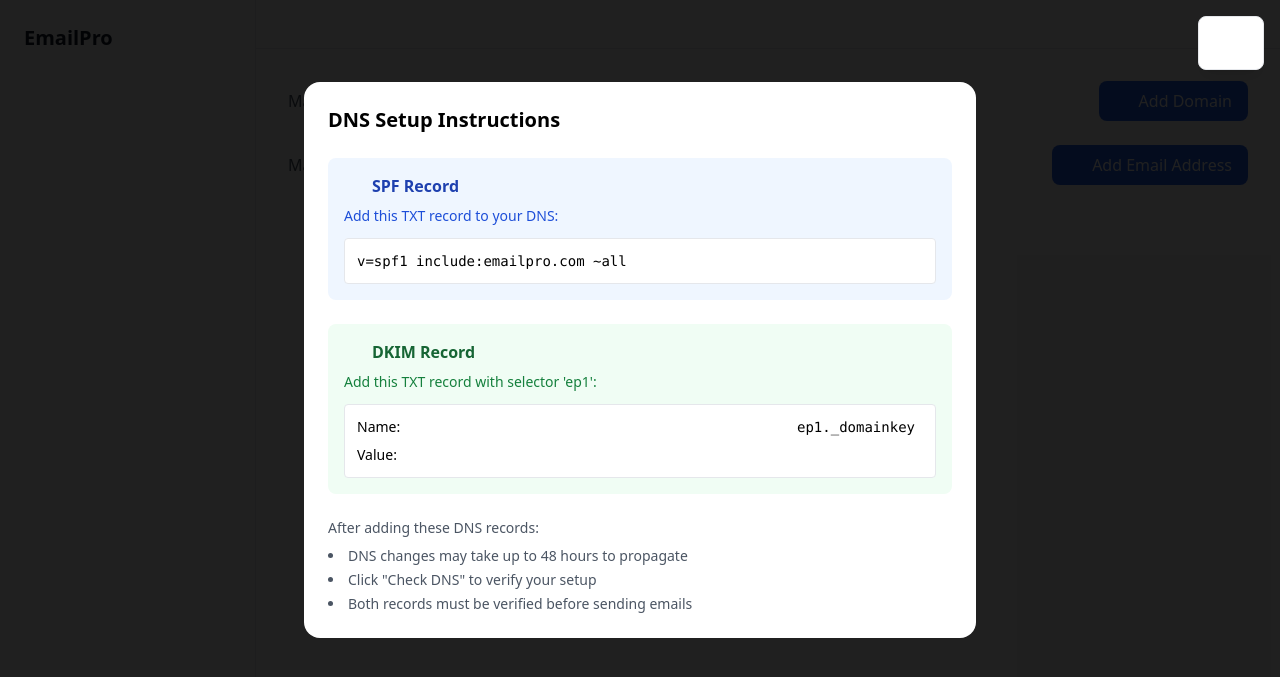
Repository: byagge/vashsender
Page: template/domain.html
An editor plug-in stored every save of this project. The page is shown before and after the next save, followed by the edit.
The browser window is 1280 px wide. The pictures show the whole page.
Some icons come from a web library that is not loaded, so they are not drawn. Some web libraries are served in a nearby version.

Above is the page before, as saved 2025-05-26 13:15:04.
Console error: ReferenceError: lucide is not defined

### template/domain.html
<!DOCTYPE html>
<html lang="en" x-data="emailPlatform()" x-init="init()">
<head>
  <meta charset="UTF-8" />
  <meta name="viewport" content="width=device-width, initial-scale=1.0"/>
  <title>EmailPro</title>
  <!-- Tailwind CSS -->
  <script src="https://cdn.tailwindcss.com"></script>
  <!-- Alpine.js -->
  <script defer src="https://unpkg.com/alpinejs@3.x.x/dist/cdn.min.js"></script>
  <!-- Lucide Icons -->
  <script defer src="https://cdn.jsdelivr.net/npm/lucide@0.278.0/dist/umd/lucide.js"></script>
</head>
<body class="bg-gray-50 font-inter">

  <div class="flex h-screen">
    <!-- Sidebar -->
    <aside class="w-64 bg-white border-r border-gray-200 flex flex-col p-6" >
      <h1 class="text-xl font-bold text-gray-900 mb-6">EmailPro</h1>
      <nav class="flex-1">
        <template x-for="item in sidebarItems" :key="item.id">
          <button
            @click="activeSection = item.id"
            :class="{
              'bg-blue-50 text-blue-600 border-r-2 border-blue-600': activeSection === item.id,
              'text-gray-600 hover:bg-gray-50': activeSection !== item.id
            }"
            class="w-full flex items-center px-3 py-2 mb-1 rounded-lg transition-colors"
          >
            <i x-bind:data-lucide="item.icon" class="w-5 h-5 mr-3"></i>
            <span x-text="item.label"></span>
          </button>
        </template>
      </nav>
    </aside>

    <!-- Main Content -->
    <div class="flex-1 flex flex-col overflow-hidden">
      <!-- Header -->
      <header class="bg-white border-b border-gray-200 px-8 py-6">
        <h2 class="text-2xl font-semibold text-gray-900">
          <span x-text="activeSection === 'domains' ? 'Sender Domains' : activeSection === 'senders' ? 'Sender Emails' : 'Dashboard'"></span>
        </h2>
      </header>

      <!-- Content -->
      <main class="flex-1 overflow-auto p-8">
        <!-- Domains Section -->
        <section x-show="activeSection === 'domains'">
          <div class="flex justify-between items-center mb-6">
            <p class="text-gray-600">Manage and verify your sender domains</p>
            <button @click="showAddDomainModal = true"
                    class="bg-blue-600 text-white px-4 py-2 rounded-lg hover:bg-blue-700 flex items-center transition-colors">
              <i data-lucide="plus" class="w-4 h-4 mr-2"></i> Add Domain
            </button>
          </div>

          <div class="grid gap-4">
            <template x-for="domain in domains" :key="domain.id">
              <div class="bg-white p-6 rounded-2xl shadow-sm border border-gray-200">
                <div class="flex items-center justify-between">
                  <div class="flex-1">
                    <div class="flex items-center mb-2">
                      <h3 class="text-lg font-semibold text-gray-900 mr-3" x-text="domain.name"></h3>
                      <span class="px-2 py-1 rounded-full text-xs font-medium"
                            :class="domain.verified ? 'bg-green-100 text-green-800' : 'bg-yellow-100 text-yellow-800'"
                            x-text="domain.verified ? 'Verified' : 'Not Verified'">
                      </span>
                    </div>
                    <div class="flex items-center space-x-6 mb-3">
                      <div class="flex items-center">
                        <span class="text-sm text-gray-600 mr-2">SPF:</span>
                        <i :data-lucide="domain.spf ? 'check' : 'x'" class="w-4 h-4"
                           :class="domain.spf ? 'text-green-500' : 'text-red-500'"></i>
                      </div>
                      <div class="flex items-center">
                        <span class="text-sm text-gray-600 mr-2">DKIM:</span>
                        <i :data-lucide="domain.dkim ? 'check' : 'x'" class="w-4 h-4"
                           :class="domain.dkim ? 'text-green-500' : 'text-red-500'"></i>
                      </div>
                    </div>
                    <p class="text-sm text-gray-500">Added: <span x-text="domain.addedDate"></span></p>
                  </div>
                  <div class="flex items-center space-x-2">
                    <button @click="checkDns(domain.id)"
                            :disabled="isChecking[domain.id]"
                            class="px-3 py-2 text-blue-600 border border-blue-600 rounded-lg hover:bg-blue-50 flex items-center transition-colors disabled:opacity-50">
                      <i data-lucide="refresh-cw" class="w-4 h-4 mr-2"
                         :class="{'animate-spin': isChecking[domain.id]}"></i>
                      Check DNS
                    </button>
                    <button @click="showDnsInstructions = domain.id"
                            class="px-3 py-2 text-gray-600 border border-gray-300 rounded-lg hover:bg-gray-50">
                      Setup
                    </button>
                    <button class="p-2 text-gray-400 hover:text-gray-600">
                      <i data-lucide="more-horizontal" class="w-4 h-4"></i>
                    </button>
                  </div>
                </div>
              </div>
            </template>
          </div>
        </section>

        <!-- Senders Section -->
        <section x-show="activeSection === 'senders'">
          <div class="flex justify-between items-center mb-6">
            <p class="text-gray-600">Manage your sender email addresses</p>
            <button @click="showAddEmailModal = true"
                    class="bg-blue-600 text-white px-4 py-2 rounded-lg hover:bg-blue-700 flex items-center transition-colors">
              <i data-lucide="plus" class="w-4 h-4 mr-2"></i> Add Email Address
            </button>
          </div>

          <div class="grid gap-4">
            <template x-for="email in senderEmails" :key="email.id">
              <div class="bg-white p-6 rounded-2xl shadow-sm border border-gray-200">
                <div class="flex items-center justify-between">
                  <div class="flex-1">
                    <div class="flex items-center mb-2">
                      <h3 class="text-lg font-semibold text-gray-900 mr-3" x-text="email.email"></h3>
                      <span class="px-2 py-1 rounded-full text-xs font-medium"
                            :class="email.verified ? 'bg-green-100 text-green-800' : 'bg-yellow-100 text-yellow-800'"
                            x-text="email.verified ? 'Verified' : 'Pending'">
                      </span>
                    </div>
                    <p class="text-sm text-gray-500">Domain: <span x-text="email.domain"></span></p>
                  </div>
                  <div class="flex items-center space-x-2">
                    <button x-show="!email.verified" @click="resendConfirmation(email)"
                            class="px-3 py-2 text-blue-600 border border-blue-600 rounded-lg hover:bg-blue-50 flex items-center transition-colors">
                      <i data-lucide="send" class="w-4 h-4 mr-2"></i> Resend
                    </button>
                    <button @click="deleteEmail(email.id)" class="p-2 text-red-500 hover:text-red-600">
                      <i data-lucide="trash-2" class="w-4 h-4"></i>
                    </button>
                  </div>
                </div>
              </div>
            </template>
          </div>
        </section>

        <!-- Coming Soon -->
        <section x-show="activeSection !== 'domains' && activeSection !== 'senders'" class="text-center py-12">
          <h3 class="text-xl font-semibold text-gray-900 mb-2">Coming Soon</h3>
          <p class="text-gray-600">This section is under development.</p>
        </section>
      </main>
    </div>
  </div>

  <!-- Add Domain Modal -->
  <div x-show="showAddDomainModal" class="fixed inset-0 bg-black bg-opacity-50 flex items-center justify-center z-50">
    <div class="bg-white rounded-2xl p-6 w-full max-w-md">
      <h3 class="text-lg font-semibold mb-4">Add New Domain</h3>
      <input type="text" x-model="newDomain" placeholder="example.com"
             class="w-full p-3 border border-gray-300 rounded-lg mb-4 focus:ring-2 focus:ring-blue-500"/>
      <div class="flex space-x-3">
        <button @click="handleAddDomain()"
                class="flex-1 bg-blue-600 text-white py-2 rounded-lg hover:bg-blue-700 transition-colors">
          Add Domain
        </button>
        <button @click="showAddDomainModal = false"
                class="flex-1 border border-gray-300 py-2 rounded-lg hover:bg-gray-50 transition-colors">
          Cancel
        </button>
      </div>
    </div>
  </div>

  <!-- Add Email Modal -->
  <div x-show="showAddEmailModal" class="fixed inset-0 bg-black bg-opacity-50 flex items-center justify-center z-50">
    <div class="bg-white rounded-2xl p-6 w-full max-w-md">
      <h3 class="text-lg font-semibold mb-4">Add Sender Email</h3>
      <input type="email" x-model="newEmail" placeholder="hello@example.com"
             class="w-full p-3 border border-gray-300 rounded-lg mb-4 focus:ring-2 focus:ring-blue-500"/>
      <div class="flex space-x-3">
        <button @click="handleAddEmail()"
                class="flex-1 bg-blue-600 text-white py-2 rounded-lg hover:bg-blue-700 transition-colors">
          Add Email
        </button>
        <button @click="showAddEmailModal = false"
                class="flex-1 border border-gray-300 py-2 rounded-lg hover:bg-gray-50 transition-colors">
          Cancel
        </button>
      </div>
    </div>
  </div>

  <!-- DNS Instructions Modal -->
  <div x-show="showDnsInstructions" class="fixed inset-0 bg-black bg-opacity-50 flex items-center justify-center z-50 overflow-auto">
    <div class="bg-white rounded-2xl p-6 w-full max-w-2xl max-h-[80vh] overflow-y-auto">
      <div class="flex justify-between items-center mb-6">
        <h3 class="text-xl font-semibold">DNS Setup Instructions</h3>
        <button @click="showDnsInstructions = null" class="text-gray-400 hover:text-gray-600">
          <i data-lucide="x" class="w-6 h-6"></i>
        </button>
      </div>
      <div class="space-y-6">
        <!-- SPF -->
        <div class="bg-blue-50 p-4 rounded-lg">
          <div class="flex items-center mb-2">
            <i data-lucide="alert-circle" class="w-5 h-5 text-blue-600 mr-2"></i>
            <h4 class="font-semibold text-blue-800">SPF Record</h4>
          </div>
          <p class="text-sm text-blue-700 mb-3">Add this TXT record to your DNS:</p>
          <div class="bg-white p-3 rounded border flex items-center justify-between">
            <code class="text-sm">v=spf1 include:emailpro.com ~all</code>
            <button @click="copyToClipboard('v=spf1 include:emailpro.com ~all')" class="text-blue-600 hover:text-blue-700">
              <i data-lucide="copy" class="w-4 h-4"></i>
            </button>
          </div>
        </div>
        <!-- DKIM -->
        <div class="bg-green-50 p-4 rounded-lg">
          <div class="flex items-center mb-2">
            <i data-lucide="shield" class="w-5 h-5 text-green-600 mr-2"></i>
            <h4 class="font-semibold text-green-800">DKIM Record</h4>
          </div>
          <p class="text-sm text-green-700 mb-3">Add this TXT record with selector 'ep1':</p>
          <div class="bg-white p-3 rounded border">
            <div class="flex items-center justify-between mb-2">
              <span class="text-sm font-medium">Name:</span>
              <div class="flex items-center">
                <code class="text-sm">ep1._domainkey</code>
                <button @click="copyToClipboard('ep1._domainkey')" class="ml-2 text-green-600 hover:text-green-700">
                  <i data-lucide="copy" class="w-4 h-4"></i>
                </button>
              </div>
            </div>
            <div class="flex items-start justify-between">
              <span class="text-sm font-medium">Value:</span>
              <div class="flex items-start ml-2">
                <code class="text-sm break-all" x-text="currentDkimKey"></code>
                <button @click="copyToClipboard(currentDkimKey)" class="ml-2 text-green-600 hover:text-green-700 flex-shrink-0">
                  <i data-lucide="copy" class="w-4 h-4"></i>
                </button>
              </div>
            </div>
          </div>
        </div>
        <!-- Notes -->
        <div class="text-sm text-gray-600">
          <p class="mb-2">After adding these DNS records:</p>
          <ul class="list-disc list-inside space-y-1">
            <li>DNS changes may take up to 48 hours to propagate</li>
            <li>Click "Check DNS" to verify your setup</li>
            <li>Both records must be verified before sending emails</li>
          </ul>
        </div>
      </div>
    </div>
  </div>

  <!-- Notification Toast -->
  <div x-show="notification" class="fixed top-4 right-4 bg-white border border-gray-200 rounded-lg shadow-lg p-4 z-50"
       x-transition.opacity.duration.300ms>
    <div class="flex items-center">
      <i :data-lucide="notification.type === 'success' ? 'check-circle' : 'alert-circle'"
         class="w-5 h-5 mr-3"
         :class="notification.type === 'success' ? 'text-green-500' : 'text-red-500'"></i>
      <span class="text-gray-900" x-text="notification.message"></span>
    </div>
  </div>

  <!-- Alpine.js Data & Methods -->
  <script>
    function emailPlatform() {
      return {
        // state
        activeSection: 'domains',
        showAddDomainModal: false,
        showAddEmailModal: false,
        showDnsInstructions: null,
        domains: [
          { id: 1, name: 'mycompany.com', spf: true, dkim: true, verified: true, addedDate: '2024-01-15', token: 'tk_abc123def456' },
          { id: 2, name: 'marketing-site.io', spf: false, dkim: true, verified: false, addedDate: '2024-01-20', token: 'tk_xyz789uvw012' }
        ],
        senderEmails: [
          { id: 1, email: 'support@mycompany.com', domain: 'mycompany.com', verified: true, token: 'em_abc123' },
          { id: 2, email: 'newsletter@marketing-site.io', domain: 'marketing-site.io', verified: false, token: 'em_def456' }
        ],
        newDomain: '',
        newEmail: '',
        notification: null,
        isChecking: {},
        currentDkimKey: '',

        // sidebar items
        sidebarItems: [
          { id: 'dashboard', label: 'Dashboard', icon: 'layout' },
          { id: 'campaigns', label: 'Campaigns', icon: 'bar-chart-3' },
          { id: 'templates', label: 'Templates', icon: 'file-text' },
          { id: 'contacts', label: 'Contact Lists', icon: 'users' },
          { id: 'domains', label: 'Domains', icon: 'globe' },
          { id: 'senders', label: 'Sender Emails', icon: 'mail' },
          { id: 'settings', label: 'Settings', icon: 'settings' }
        ],

        init() {
          // render icons
          lucide.createIcons();
        },

        // utilities
        showNotification(message, type = 'success') {
          this.notification = { message, type };
          setTimeout(() => this.notification = null, 3000);
        },
        copyToClipboard(text) {
          navigator.clipboard.writeText(text);
          this.showNotification('Copied to clipboard!');
        },
        generateToken() {
          return 'tk_' + Math.random().toString(36).substr(2, 12);
        },
        generateDkimKey() {
          // фиксированная заглушка или можно генерировать реальным ключом
          return 'v=DKIM1; k=rsa; p=MIGfMA0GCSqGSIb3DQEBAQUAA4GNADCBiQKBgQC7vbqajDw4o2';
        },

        // actions
        handleAddDomain() {
          if (!this.newDomain) return;
          const id = Date.now();
          const addedDate = new Date().toISOString().split('T')[0];
          const domain = {
            id, name: this.newDomain, spf: false, dkim: false, verified: false,
            addedDate, token: this.generateToken()
          };
          this.domains.push(domain);
          this.newDomain = '';
          this.showAddDomainModal = false;
          this.showDnsInstructions = id;
          this.currentDkimKey = this.generateDkimKey();
          this.showNotification('Domain added successfully! Please configure DNS records.');
          this.$nextTick(() => lucide.createIcons());
        },
        handleAddEmail() {
          if (!this.newEmail) return;
          const id = Date.now();
          const emailObj = {
            id,
            email: this.newEmail,
            domain: this.newEmail.split('@')[1],
            verified: false,
            token: 'em_' + Math.random().toString(36).substr(2, 8)
          };
          this.senderEmails.push(emailObj);
          this.newEmail = '';
          this.showAddEmailModal = false;
          this.showNotification('Verification email sent! Check your inbox.');
          this.$nextTick(() => lucide.createIcons());
        },
        checkDns(domainId) {
          this.isChecking = { ...this.isChecking, [domainId]: true };
          setTimeout(() => {
            this.domains = this.domains.map(d =>
              d.id === domainId
                ? { ...d, spf: Math.random()>0.5, dkim: Math.random()>0.5, verified: d.spf && d.dkim }
                : d
            );
            this.isChecking = { ...this.isChecking, [domainId]: false };
            this.showNotification('DNS records checked!');
            this.$nextTick(() => lucide.createIcons());
          }, 2000);
        },
        deleteDomain(id) {
          this.domains = this.domains.filter(d => d.id !== id);
          this.showNotification('Domain deleted successfully');
        },
        deleteEmail(id) {
          this.senderEmails = this.senderEmails.filter(e => e.id !== id);
          this.showNotification('Sender email removed');
        },
        resendConfirmation(email) {
          this.showNotification(`Confirmation email sent to ${email.email}`);
        }
      }
    }
  </script>
</body>
</html>

After the next save:
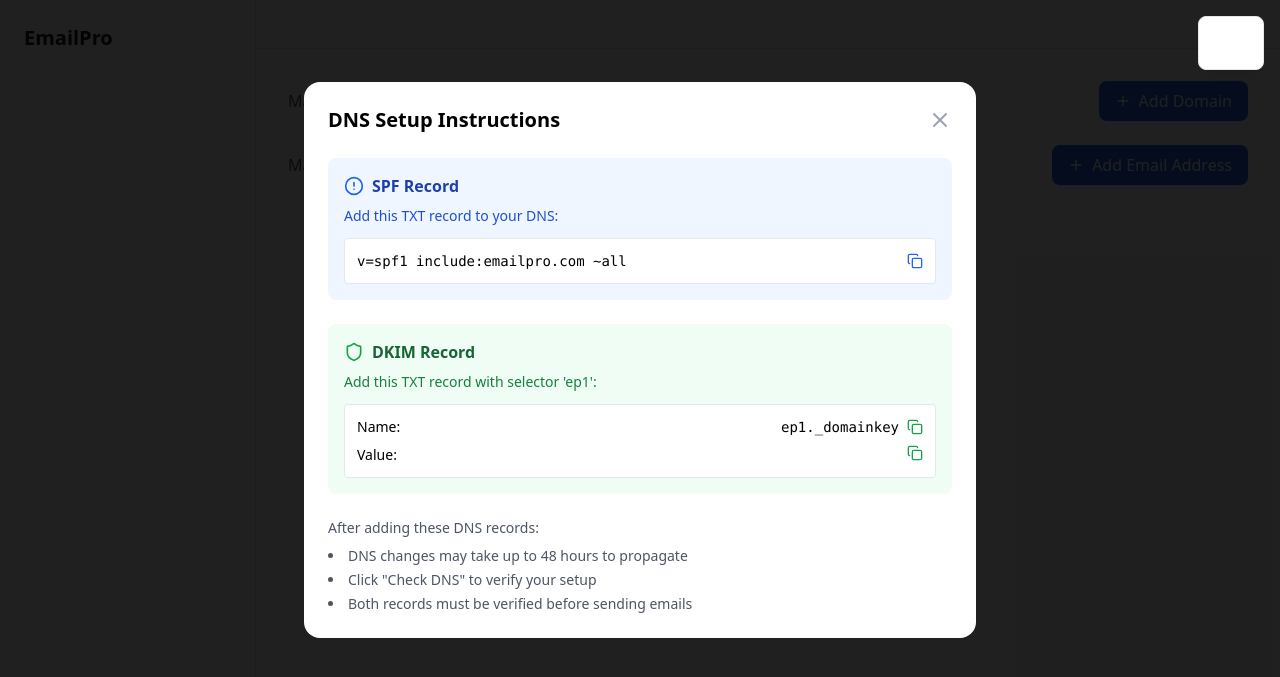
Saved 3 min 13 s later.
--- a/template/domain.html
+++ b/template/domain.html
@@ -381,5 +381,17 @@
       }
     }
   </script>
+  <script>
+    document.addEventListener('DOMContentLoaded', () => {
+      // Преобразуем все <i data-lucide="..."> в SVG
+      lucide.createIcons();
+    });
+
+    // Если у вас динамический контент (Alpine обновляет DOM),
+    // повторно вызывайте createIcons после изменений:
+    document.addEventListener('alpine:updated', () => {
+      lucide.createIcons();
+    });
+  </script>
 </body>
 </html>
